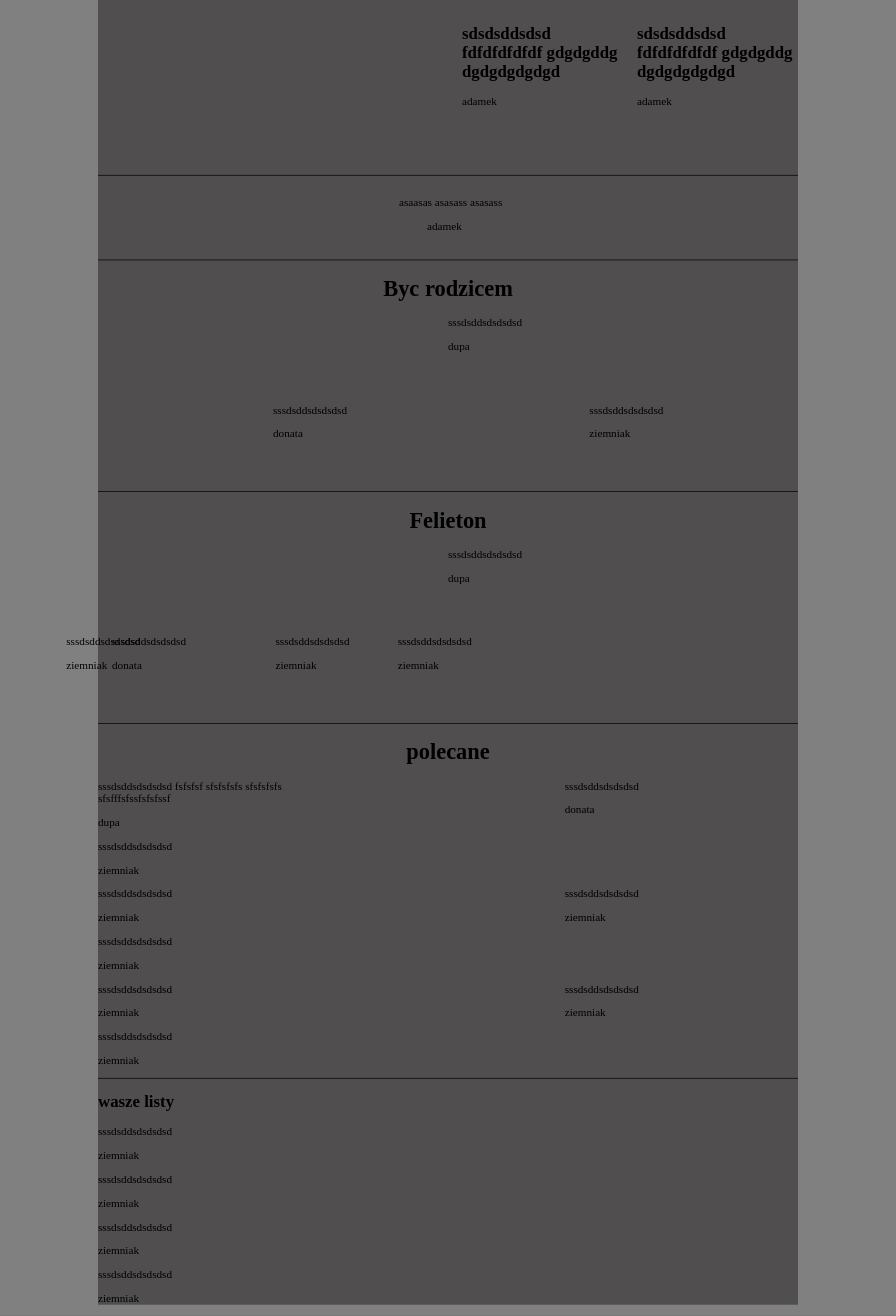
Repository: kq333/pitupitu.pl
Page: index.html
An editor plug-in stored every save of this project. The page is shown before and after the next save, followed by the edit.
The browser window is 1280 px wide. The pictures show the part of the page from y = 727 to 2647 px (the page is 2607 px tall before and 2647 px after), at 70% of full size.
The style sheet was rebuilt from its Sass, Less or Tailwind sources for each picture, by a compiler version that may differ from the author's.

Above is the page before, as saved 2020-11-04 11:29:35.

### index.html
<!DOCTYPE html>
<html lang="en">
<head>
    <meta charset="UTF-8">
    <meta name="viewport" content="width=device-width, initial-scale=1.0">
    <title>Document</title>
    <link rel="stylesheet" href="style/style.css">
</head>
<body>


<div id="container">
  <div id="content">
    <div id=bar>
        <ul class="ul_bar">Wyborcza
            <li>sdsd</li>
            <li>sdsd</li>
            <li>sdsd</li>
            <li>sdsd</li>
            <li>sdsd</li>
            <li>sdsd</li>
            <li>sdsd</li>
        </ul>
        <div class="loging">
            Logowanie
        </div>
    </div>
            <div id="logo"><p>Wysokie Obcasy</p>
                <ul class="ul_bar2">
                    <li>fdf</li>
                    <li>gccvcv</li>
                    <li>hghhgh</li>
                    <li>asaseerr</li>
                    <li>jljkj</li>
                    <li>wewewe</li>
                    <li>hghghh</li>
                </ul>


            </div>


           <div>

                <div class="block_1">
                    <div class="art1">
                        <article>
                        <h1>sdsdsddsdsd fdfdfdfdfdf gdgdgddg dgdgdgdgdgd</h1>


                            <p class="autor_name">adamek</p>
                        </article>
                    </div>

                    <div class="art2">
                            <article>
                                <h1>sdsdsddsdsd fdfdfdfdfdf gdgdgddg dgdgdgdgdgd</h1>


                                <p class="autor_name">adamek</p>
                            </article>
                     </div>
                     <div class="art3">
                            <article>
                                <h1>sdsdsddsdsd fdfdfdfdfdf gdgdgddg dgdgdgdgdgd</h1>


                                <p class="autor_name">adamek</p>
                            </article>
                      </div>
                      <div class="art4">
                            <article>
                                <h1>sdsdsddsdsd fdfdfdfdfdf gdgdgddg dgdgdgdgdgd</h1>


                                <p class="autor_name">adamek</p>
                            </article>
                       </div>
                            <div class="art5">
                                <article>
                                    <h1>sdsdsddsdsd fdfdfdfdfdf gdgdgddg dgdgdgdgdgd</h1>


                                    <p class="autor_name">adamek</p>
                                </article>
                            </div>
                                 <div class="art6">
                                    <article>
                                        <h1>sdsdsddsdsd fdfdfdfdfdf gdgdgddg dgdgdgdgdgd</h1>


                                        <p class="autor_name">adamek</p>
                                    </article>
                                 </div>
                                    <div class="art7">

                                        <article>
                                            <h1>sdsdsddsdsd fdfdfdfdfdf gdgdgddg dgdgdgdgdgd</h1>


                                            <p class="autor_name">adamek</p>
                                        </article>
                                    </div>

                                    <div class="art8">
                                            <article>
                                                <h1>sdsdsddsdsd fdfdfdfdfdf gdgdgddg dgdgdgdgdgd</h1>


                                                <p class="autor_name">adamek</p>
                                            </article>
                                    </div>
                                        <div class="art9">
                                                <article>

                                                    <h1>sdsdsddsdsd fdfdfdfdfdf gdgdgddg dgdgdgdgdgd</h1>


                                                    <p class="autor_name">adamek</p>
                                                </article>
                                        </div>
                </div>


                     <div class="quotes">
                         <p1>asaasas asasass asasass</p1>

                        <p class="autor_name">adamek</p>

                    </div>





                  <div class="section">
                    <header>
                        <h1>Byc rodzicem</h1>

                    </header>
                    </div>


                        <section class="family">


                                <div class="art10">
                                    <article> sssdsddsdsdsdsd
                                        <p class="autor_name">dupa</p>

                                    </article>

                                </div>
                                <div class="art11">
                                        <article> sssdsddsdsdsdsd
                                            <p class="autor_name">donata</p>

                                        </article>
                                </div>
                                    <div class="art12">
                                            <article> sssdsddsdsdsdsd
                                                <p class="autor_name">ziemniak</p>

                                            </article>
                                    </div>

                        </section>

                        <div class="section">
                        <header>
                            <h1>Felieton</h1>
                        </header>
                    </div>

                        <section class="column">

                            <div class="art13">
                                    <article> sssdsddsdsdsdsd
                                        <p class="autor_name">dupa</p>

                                    </article>

                            </div>
                                <div class="art14">
                                    <article> sssdsddsdsdsdsd
                                        <p class="autor_name">donata</p>

                                    </article>
                                </div>
                                     <div class="art15">
                                        <article> sssdsddsdsdsdsd
                                            <p class="autor_name">ziemniak</p>

                                        </article>
                                    </div>

                                        <div class="art16">
                                            <article> sssdsddsdsdsdsd
                                                <p class="autor_name">ziemniak</p>

                                            </article>
                                        </div>

                                        <div class="art17">
                                            <article> sssdsddsdsdsdsd
                                                <p class="autor_name">ziemniak</p>

                                            </article>
                                        </div>

                        </section>
                        <div class="section">
                        <header>
                            <h1>polecane</h1>

                        </header>
                    </div>

                            <section class="recommended">


                                    <div class="art18">
                                        <article> sssdsddsdsdsdsd
                                            fsfsfsf sfsfsfsfs sfsfsfsfs
                                            sfsfffsfssfsfsfssf
                                            <p class="autor_name">dupa</p>

                                        </article>
                                    </div>
                                        <div class="art19">
                                            <article> sssdsddsdsdsdsd
                                                <p class="autor_name">donata</p>

                                            </article>
                                        </div>
                                            <div class="art20">

                                                <article> sssdsddsdsdsdsd
                                                    <p class="autor_name">ziemniak</p>
                                                </article>
                                            </div>
                                                <div class="art21">
                                                    <article> sssdsddsdsdsdsd
                                                        <p class="autor_name">ziemniak</p>
                                                    </article>
                                                </div>
                                                    <div class="art22">
                                                        <article> sssdsddsdsdsdsd
                                                            <p class="autor_name">ziemniak</p>


                                                        </article>
                                                    </div>
                                                        <div class="art23">
                                                            <article> sssdsddsdsdsdsd
                                                                <p class="autor_name">ziemniak</p>


                                                            </article>
                                                        </div>

                                                            <div class="art24">
                                                                <article> sssdsddsdsdsdsd
                                                                    <p class="autor_name">ziemniak</p>


                                                                </article>
                                                            </div>
                                                                <div class="art25">
                                                                    <article> sssdsddsdsdsdsd
                                                                        <p class="autor_name">ziemniak</p>


                                                                    </article>
                                                                </div>
                                                                <div class="art26">
                                                            <article> sssdsddsdsdsdsd
                                                                <p class="autor_name">ziemniak</p>


                                                            </article>
                                                            </div>



                            </section>


                            <section>
                                <header>
                                    <h1>wasze listy</h1>

                                </header>

                                <article> sssdsddsdsdsdsd
                                    <p class="autor_name">ziemniak</p>


                                </article>

                                <article> sssdsddsdsdsdsd
                                    <p class="autor_name">ziemniak</p>


                                </article>

                                <article> sssdsddsdsdsdsd
                                    <p class="autor_name">ziemniak</p>


                                </article>

                                <article> sssdsddsdsdsdsd
                                    <p class="autor_name">ziemniak</p>


                                </article>


                            </section>

                            <footer>


                            </footer>



















































           </main>



  </div>




















</div>
</body>
</html>

### style/style.scss
body{
    background-color: grey;


}
#constainer{
    height: auto;
}

#content{
    margin:auto;
    background-color: rgb(80, 78, 78);
    width:1000px;

}


.ul_bar{
    width:960px;
    height: 40px;
    border-bottom: 1px solid black;


    li{
        list-style-type: none;
    }


}

#bar{
    display:grid;
    grid-template-columns: auto auto;
    width:1000px;



}

#logo{
    border-bottom: 1px solid black;
    width:1000px;
    height: 120px;
    p{
        margin-left:480px;
    }

    .ul_bar2{
        list-style-type: none;
        display:inline-flex;
        gap:55px;
        margin-left:170px;
    }
}

.block_1{
    width:1000px;
    height: auto;
    display:grid;
    grid-template-columns: 500px auto auto;
    .art1{
    grid-row-start: 1;
    grid-row-end: 9;
    height: 500px;;
    }
    gap: 20px;
}

.quotes{
    width: 940px;
    height: 60px;
    border-bottom: 1px solid black;
    border-top: 1px solid black;
    padding:30px;

    p1{
        margin-left: 400px;
        margin-top:130px;
    }
    p{
        margin-left: 440px;
    }

}

.section{
    text-align: center;
}
.family{
    width:1000px;
    height: 250px;
    border-bottom: 1px solid black;
    display:grid;
    grid-template-columns: auto auto auto;

    .art10{

        grid-column: 1 /span 3;
        margin-left: 500px;

            }
     .art11{
        margin-left: 250px;
     }

       .art12{
        margin-left: 250px;
     }

     h1{
        margin-left:500px;

    }

}

.column{
    width:1000px;
    height: 250px;
    border-bottom: 1px solid black;
    display:grid;
    grid-template-columns: auto auto auto auto auto;

    .art13{

        grid-column: 1 /span 5;
        margin-left: 500px;

            }
    .art14{
        margin-left: 20px;

     }

    .art15{
        margin-left: -250px;
     }

     .art16{
        margin-left: -30px;
     }

     .art17{
        margin-left: -10px;
     }

    h1{
        margin-left:500px;

        }

}


.recommended{
    width:1000px;
    height: auto;
    border-bottom: 1px solid black;
    display:grid;
    grid-template-columns: repeat(3, 1fr);
    grid-template-areas: " art18 .  art19"
                         " art20 .  art19"
                         " art21 . art22"
                         " art23 . art22"
                         " art24 . art25"
                         " art26 . art25"
                         ;




.art18{
grid-area:art18;


}

.art19{
grid-area: art19;

 }

.art20{
grid-area: art20;


 }

.art21{
grid-area: art21;
 }

.art22{
grid-area: art22;
 }

.art23{
grid-area: art23;
 }

.art24{
grid-area: art24;

 }

.art25{
grid-area: art25;
 }

.art26{
grid-area: art26;
 }
};

After the next save:
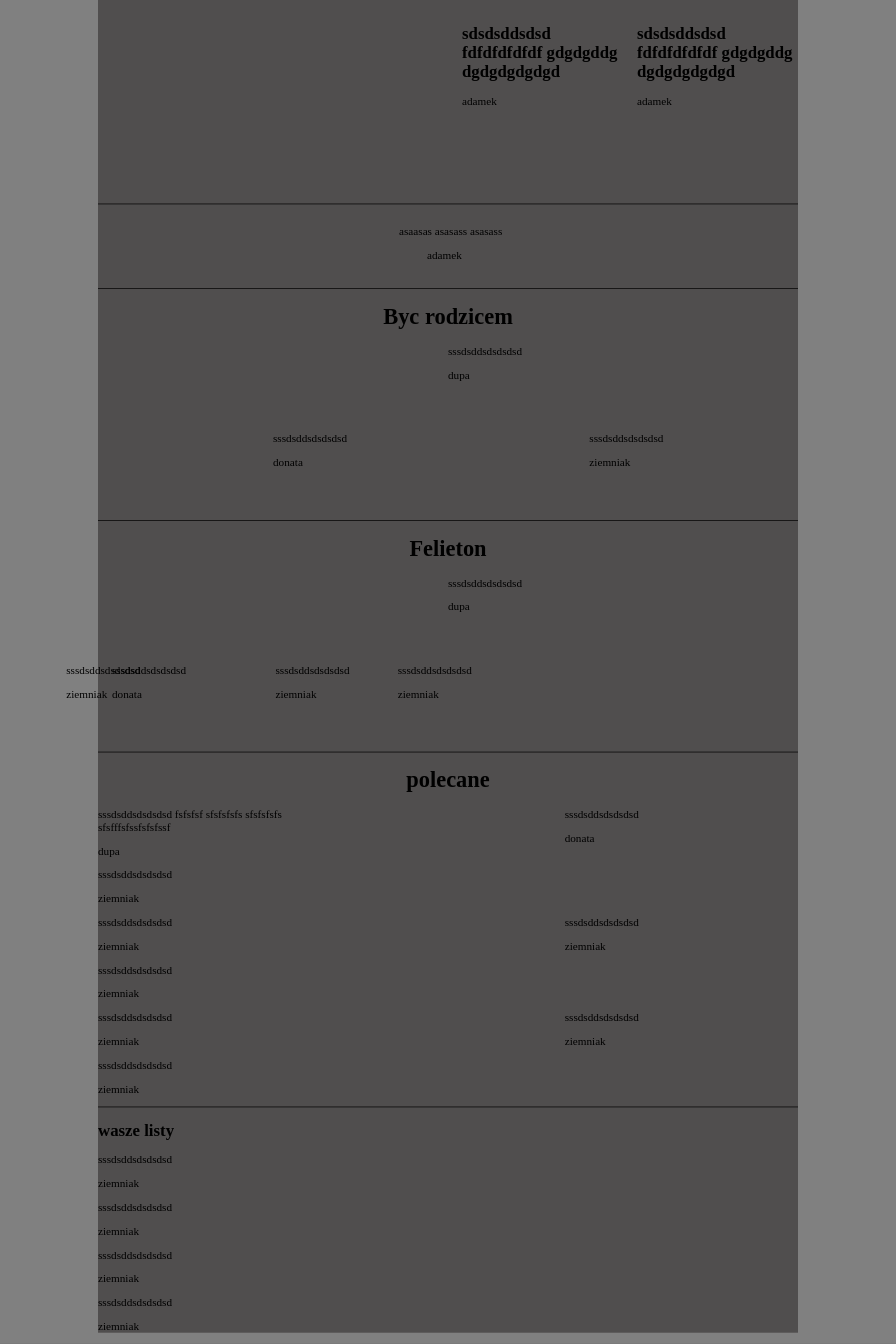
Saved 10 s later.
--- a/style/style.scss
+++ b/style/style.scss
@@ -61,7 +61,7 @@ body{
     .art1{
     grid-row-start: 1;
     grid-row-end: 9;
-    height: 500px;;
+    height: 800px;;
     }
     gap: 20px;
 }
